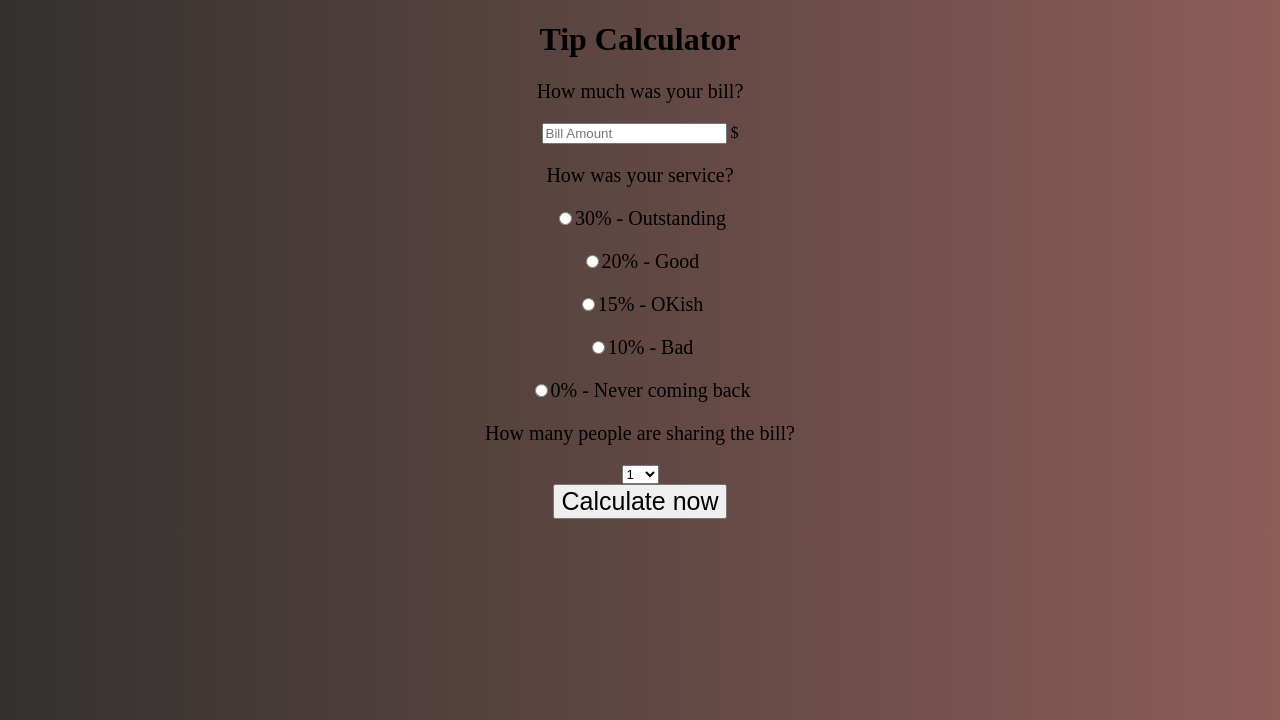
Repository: NiutaR/tip-calculator
Page: index.html
These files come from the project's save history. The page is drawn as it stood at one moment and after a run of saves; the edit follows.
The browser window is 1280 px wide. The pictures show the whole page.

Above is the page before, as saved 2021-07-24 17:11:28.

### index.html
<!DOCTYPE html>
<html lang="en">

<head>
    <meta charset="UTF-8">
    <meta http-equiv="X-UA-Compatible" content="IE=edge">
    <meta name="viewport" content="width=device-width, initial-scale=1.0">
    <link rel="stylesheet" href="style.css">
    <title>Tip Calculator</title>
</head>

<body>
    <div id="container">
        <h1>Tip Calculator</h1>

        <div id="calculator">
            <form>
                <p>How much was your bill?</p>
                <input id="amount" type="text" placeholder="Bill Amount"> $
                <p>How was your service?</p>
                <p><input id="service" type="radio" value="0.3">30&#37 - Outstanding</p>
                <p><input id="service" type="radio" value="0.2">20&#37 - Good</p>
                <p><input id="service" type="radio" value="0.15">15&#37 - OKish</p>
                <p><input id="service" type="radio" value="0.1">10&#37 - Bad</p>
                <p><input id="service" type="radio" value="0.05">0&#37 - Never coming back</p>
                <p>How many people are sharing the bill?</p>
                <select>
                    <option value="1">1</option>
                    <option value="2">2</option>
                    <option value="3">3</option>
                    <option value="4">4</option>
                    <option value="5">5</option>
                    <option value="6">6</option>
                    <option value="7">7</option>
                    <option value="8">8</option>
                    <option value="9">9</option>
                    <option value="10">10</option>
                </select>
                <br>
                <button id="btn">Calculate now</button>
            </form>
        </div>
    </div>
    <script src="index.js"></script>
</body>

</html>

### style.css
body {
    background: coral;
    background: -webkit-linear-gradient(to left, #8d817f, #cecac5);
    /* Chrome 10-25, Safari 5.1-6 */
    background: linear-gradient(to left, #8d5d58, #33312f);
}
#container {
    width: 500px;
    height: 500px;
    text-align: center;
    margin: 0 auto;
}
p {
    font-size: 20px;
}
#btn {
    font-size: 25px;

}

Loaded but not shown: index.js (no copy from this time; the picture is the same without it)

After the next 2 saves:
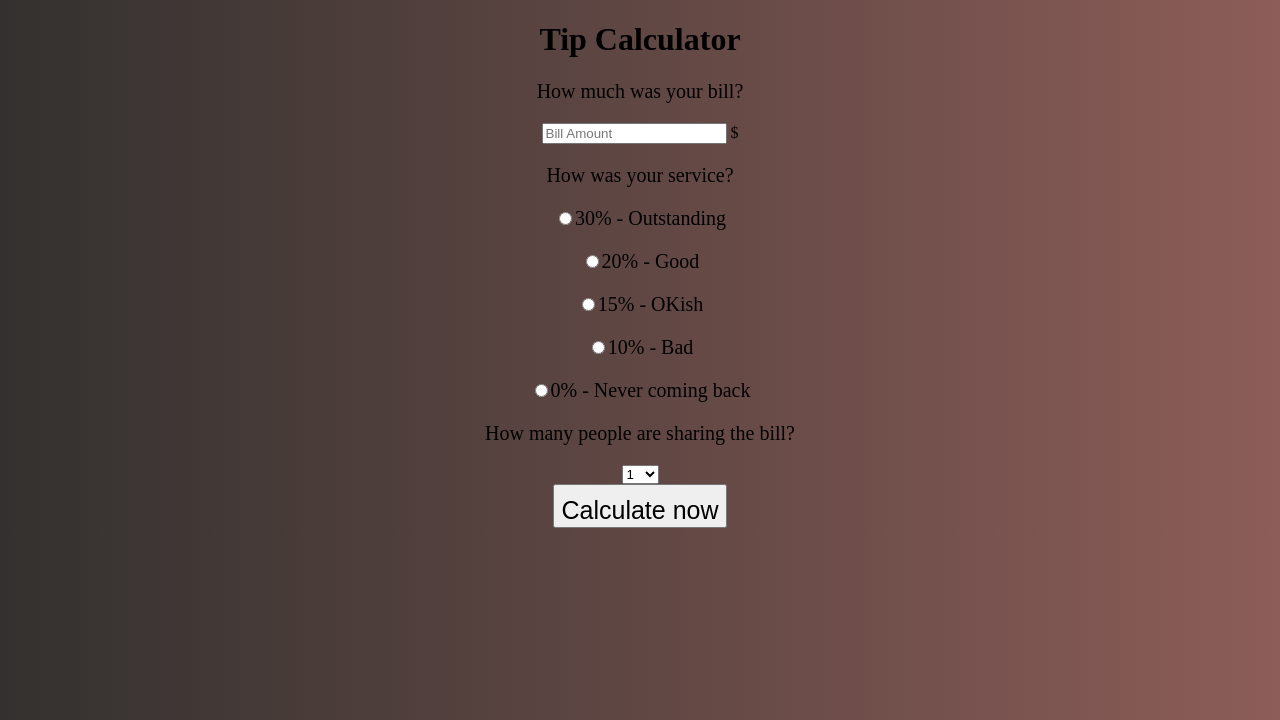
The 2 saves are shown as one change because they came seconds apart.
The last was saved 7 s later.
--- a/style.css
+++ b/style.css
@@ -15,5 +15,5 @@ p {
 }
 #btn {
     font-size: 25px;
-
+    padding-top: 10px;
 }
